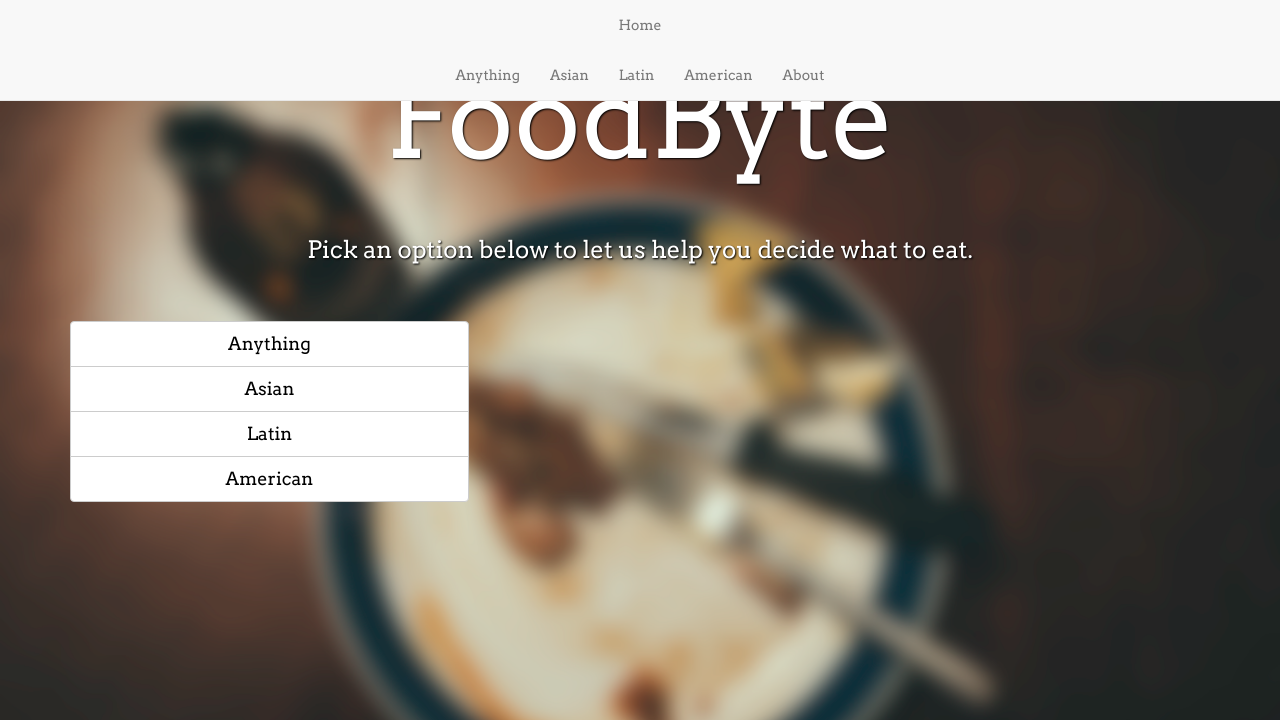
Repository: mheli/foodie
Page: index.html
The author's editor kept a record of every edit. The page is drawn from the files as they stood at one moment, then again after the next edit.
The browser window is 1280 px wide. The pictures show the whole page.
Some web libraries are served in a nearby version.

Above is the page before.

After the next edit:
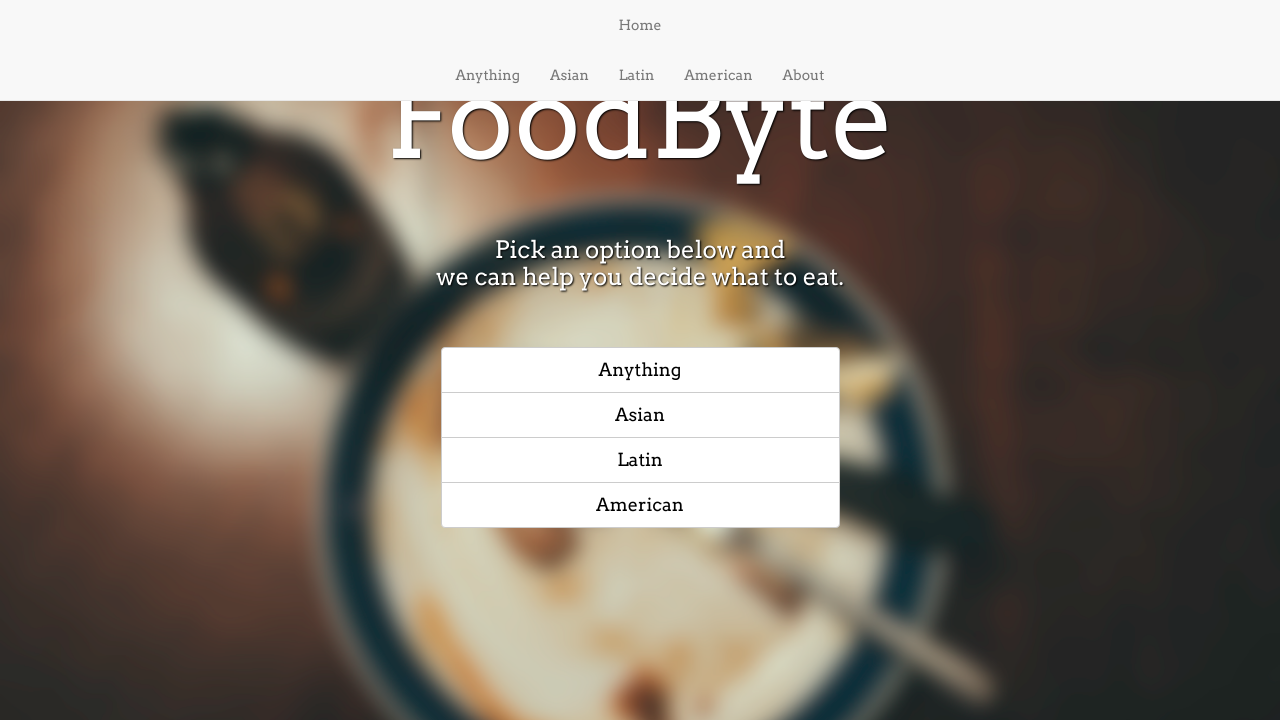
The edit:
--- a/index.html
+++ b/index.html
@@ -22,6 +22,9 @@
         <!-- Font -->
         <link href='http://fonts.googleapis.com/css?family=Lato&amp;subset=latin,latin-ext' rel='stylesheet' type='text/css'>
         <link href='http://fonts.googleapis.com/css?family=Arvo' rel='stylesheet' type='text/css'>
+
+        <!-- jQuery -->
+        <script src="jquery.js"></script>
     </head>
 
     <!-- Body of HTML File -->
@@ -49,12 +52,14 @@
         <!-- Main Menu -->
         <div class="container">
             <h1>FoodByte</h1>
-            <h3>Pick an option below to let us help you decide what to eat.</h3>
-            <div class="primary-buttons btn-group-lg btn-group-vertical" role="group" aria-label="...">
-                <button type="button" class="btn btn-default"><a href="">Anything</a></button>
-                <button type="button" class="btn btn-default"><a href="./swipe/index.html">Asian</a></button>
-                <button type="button" class="btn btn-default"><a href="">Latin</a></button>
-                <button type="button" class="btn btn-default"><a href="">American</a></button>
+            <h3>Pick an option below and <br>we can help you decide what to eat.</h3>
+            <div class="primary-buttons">
+                <div class="btn-group-lg btn-group-vertical" role="group" aria-label="...">
+                  <button type="button" class="btn btn-default"><a href="">Anything</a></button>
+                  <button type="button" class="btn btn-default"><a href="./swipe/index.html">Asian</a></button>
+                  <button type="button" class="btn btn-default"><a href="">Latin</a></button>
+                  <button type="button" class="btn btn-default"><a href="">American</a></button>
+                </div>
             </div>
         </div>
 
